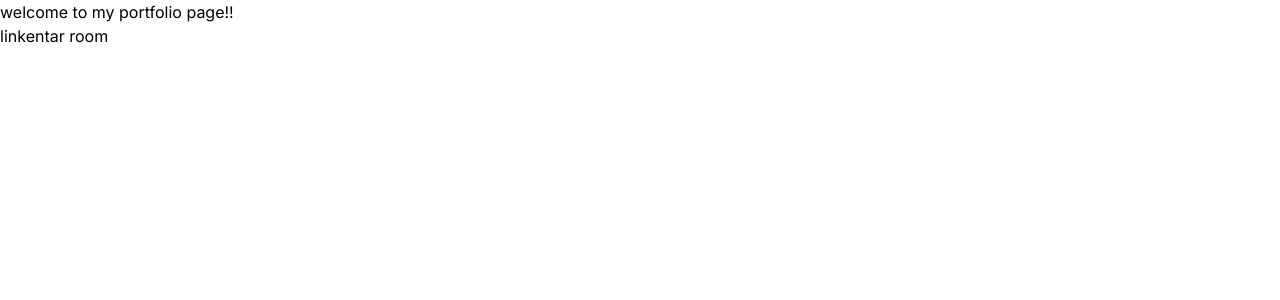
Repository: satoshi-create/next-express
Page: / (app in frontend/)
These files come from the project's save history. The page is drawn as it stood at one moment and after the next save; the edit follows.
The browser window is 1280 px wide. The pictures show the whole page.
The project was rebuilt for these pictures with package versions that can differ from the ones it lists, and the page was loaded fresh each time. The framework's server and built-in components were replaced by stand-ins that run in the browser. Also part of the build but not shown: frontend/next.config.js, frontend/next.config.mjs.

Above is the page before, as saved 2024-02-14 14:26:52.

After the next save:
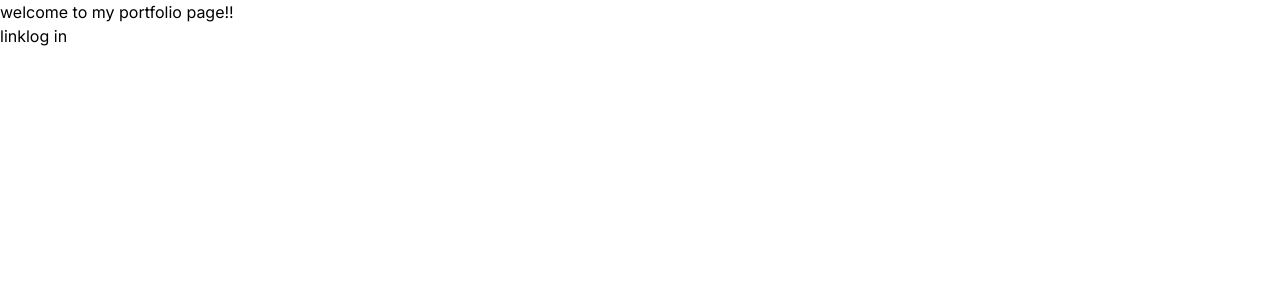
Saved 6 s later.
--- a/frontend/app/page.tsx
+++ b/frontend/app/page.tsx
@@ -8,7 +8,7 @@ const Home = () => {
       <h1>welcome to my portfolio page!!</h1>
       link
       <Link>
-      entar room
+      log in
       </Link>
     </div>
   );
